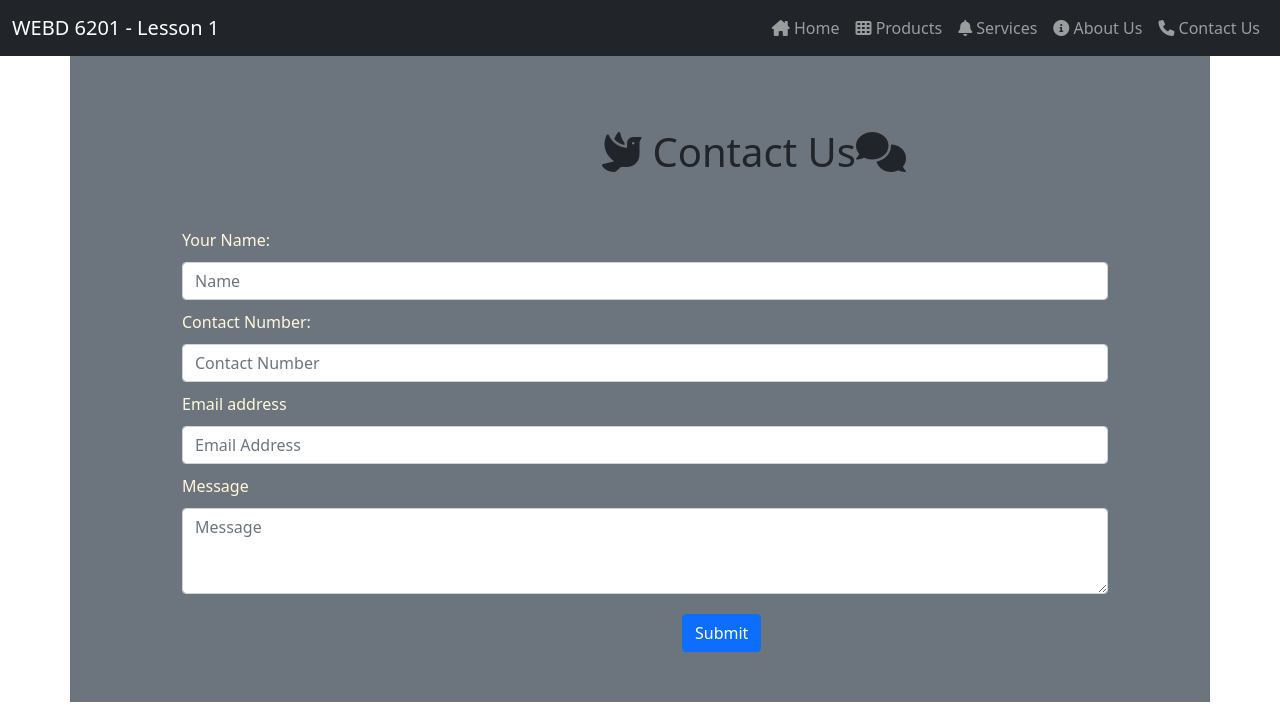
Repository: devanshudave1901/DevanshuDave_AngaranYogeswaranLab2
Page: contact.html
These files come from the project's save history. The page is drawn as it stood at one moment and after the next save; the edit follows.
The browser window is 1280 px wide. The pictures show the whole page.

Above is the page before, as saved 2022-02-10 12:43:18.

### contact.html
<!DOCTYPE html>
<html lang="en">
  <head>
    <meta charset="UTF-8" />
    <meta http-equiv="X-UA-Compatible" content="IE=edge" />
    <meta name="viewport" content="width=device-width, initial-scale=1.0" />
    <title>Contact Us</title>
    <link
      rel="stylesheet"
      href="./node_modules/bootstrap/dist/css/bootstrap.min.css"
    />
    <link
      rel="stylesheet"
      href="./node_modules/@fortawesome/fontawesome-free/css/all.min.css"
    />
    <link rel="stylesheet" href="./Content/app.css" />
  </head>
  <body>
    <nav class="navbar navbar-expand-lg navbar-dark bg-dark">
      <div class="container-fluid">
        <a class="navbar-brand" href="#">WEBD 6201 - Lesson 1</a>
        <button
          class="navbar-toggler"
          type="button"
          data-bs-toggle="collapse"
          data-bs-target="#navbarSupportedContent"
          aria-controls="navbarSupportedContent"
          aria-expanded="false"
          aria-label="Toggle navigation"
        >
          <span class="navbar-toggler-icon"></span>
        </button>
        <div class="collapse navbar-collapse" id="navbarSupportedContent">
          <ul class="navbar-nav ms-auto">
            <li class="nav-item active">
              <a class="nav-link" aria-current="page" href="./index.html"
                ><i class="fa-solid fa-house-chimney"></i> Home</a
              >
            </li>

            <li class="nav-item">
              <a class="nav-link" href="./products.html"
                ><i class="fa-solid fa-th"></i> Products</a
              >
            </li>
            <li class="nav-item">
              <a class="nav-link" href="./services.html"
                ><i class="fa-solid fa-bell"></i> Services</a
              >
            </li>
            <li class="nav-item">
              <a class="nav-link" href="./about.html">
                <i class="fa-solid fa-circle-info"></i> About Us</a
              >
            </li>
            <li class="nav-item">
              <a class="nav-link" href="./contact.html">
                <i class="fa-solid fa-phone"></i> Contact Us</a
              >
            </li>
          </ul>
        </div>
      </div>
    </nav>
    <div class="jumbotron bg-secondary container" id="contentArea">
      <br />
      <br />
      <br />
      <h1 id="contactId">
        <i class="fa-solid fa-dove"></i> Contact Us<i
          class="fa-solid fa-comments"
        ></i>
      </h1>
      <br />

      <form id="Contactform">
        <div class="form-group">
          <label for="InputName">Your Name: </label>
          <input
            type="text"
            class="form-control"
            id="InputName"
            placeholder="Name"
          />
        </div>
        <div class="form-group">
          <label for="InputNumber">Contact Number: </label>
          <input
            type="number"
            class="form-control"
            id="InputNumber"
            placeholder="Contact Number"
          />
        </div>
        <div class="form-group">
          <label for="InputEmail1"> Email address</label>
          <input
            type="email"
            class="form-control"
            id="exampleInputEmail1"
            placeholder="Email Address"
          />
        </div>

        <div class="form-group">
          <label for="InputMessage">Message</label>
          <textarea
            class="form-control"
            id="InputMessage"
            placeholder="Message"
            rows="3"
          ></textarea>
        </div>

        <button type="submit" class="btn btn-primary">Submit</button>
      </form>
    </div>
    <!-- 3RD Party Library-->
    <script src="./node_modules/jquery/dist/jquery.min.js"></script>
    <script src="./node_modules/bootstrap/dist/js/bootstrap.min.js"></script>
  </body>
</html>

### Content/app.css
#Contactform {
  padding: 10px 90px 50px 100px;
}
#Contactform label {
  color: cornsilk;
  padding-bottom: 10px;
  padding-top: 10px;
}

#Contactform button {
  margin-top: 20px;
  margin-left: 500px;
}
.formInputBox {
  padding-left: 60px;
  margin: 8px 0;
  border: dashed;
  box-sizing: border-box;
}

#contactId {
  padding-left: 520px;
}

Loaded but not shown: node_modules/bootstrap/dist/css/bootstrap.min.css (library); node_modules/@fortawesome/fontawesome-free/css/all.min.css (library); node_modules/jquery/dist/jquery.min.js (library); node_modules/bootstrap/dist/js/bootstrap.min.js (library)

After the next save:
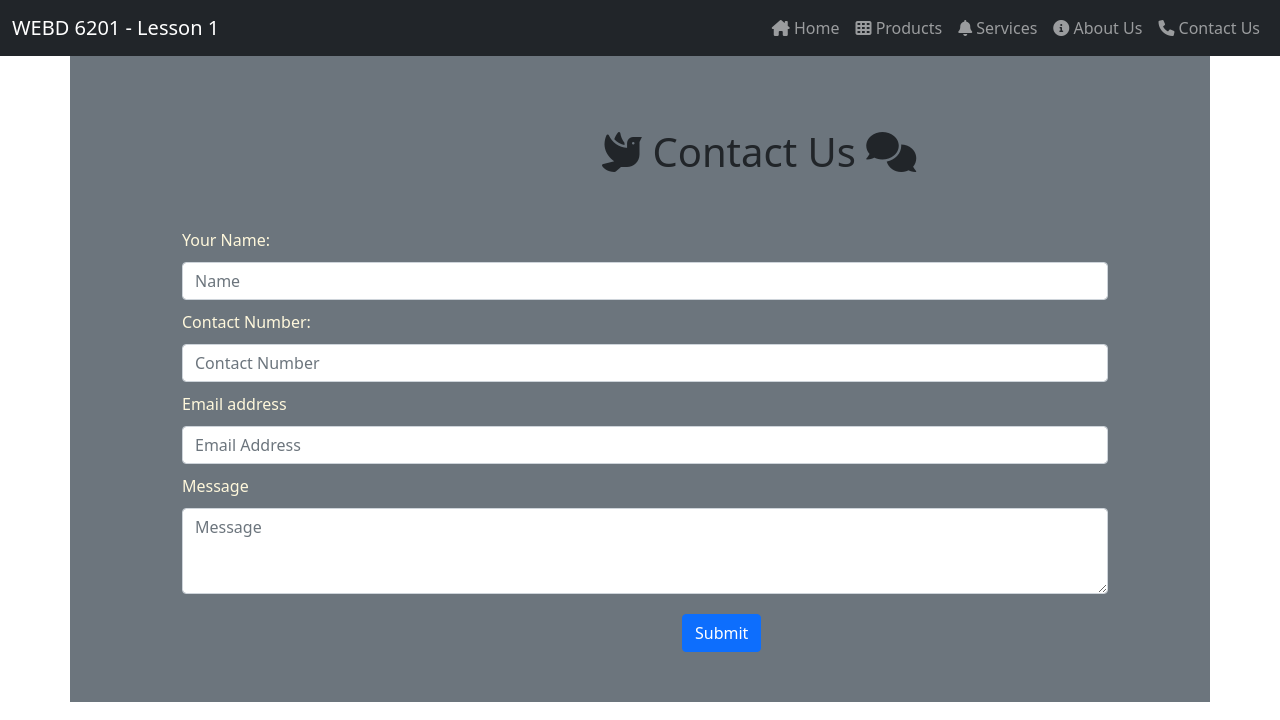
Saved 14 s later.
--- a/contact.html
+++ b/contact.html
@@ -67,9 +67,8 @@
       <br />
       <br />
       <h1 id="contactId">
-        <i class="fa-solid fa-dove"></i> Contact Us<i
-          class="fa-solid fa-comments"
-        ></i>
+        <i class="fa-solid fa-dove"></i> Contact Us
+        <i class="fa-solid fa-comments"></i>
       </h1>
       <br />
 
